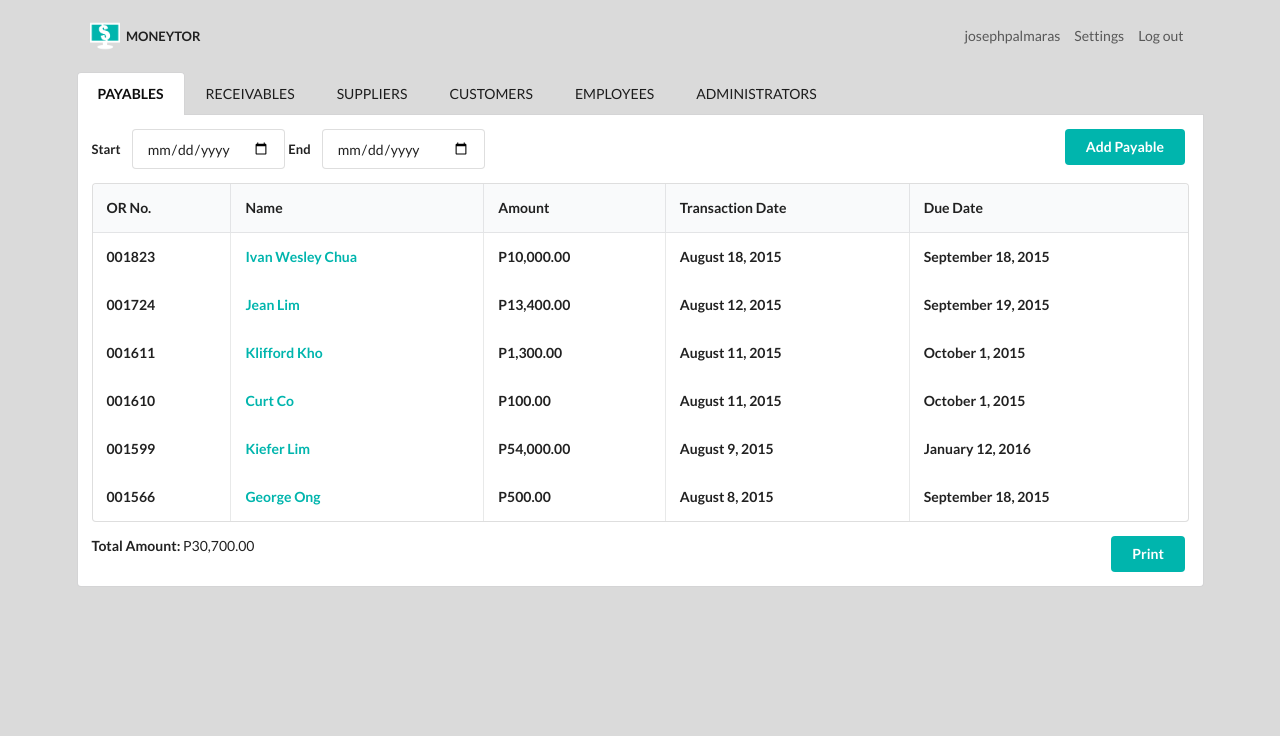
Repository: TV5/MoneyTor
Page: Workspace/MoneyTor/war/main.html
These files come from the project's save history. The page is drawn as it stood at one moment and after the next save; the edit follows.
The browser window is 1280 px wide. The pictures show the whole page.

Above is the page before, as saved 2015-08-18 16:25:29.

After the next save:
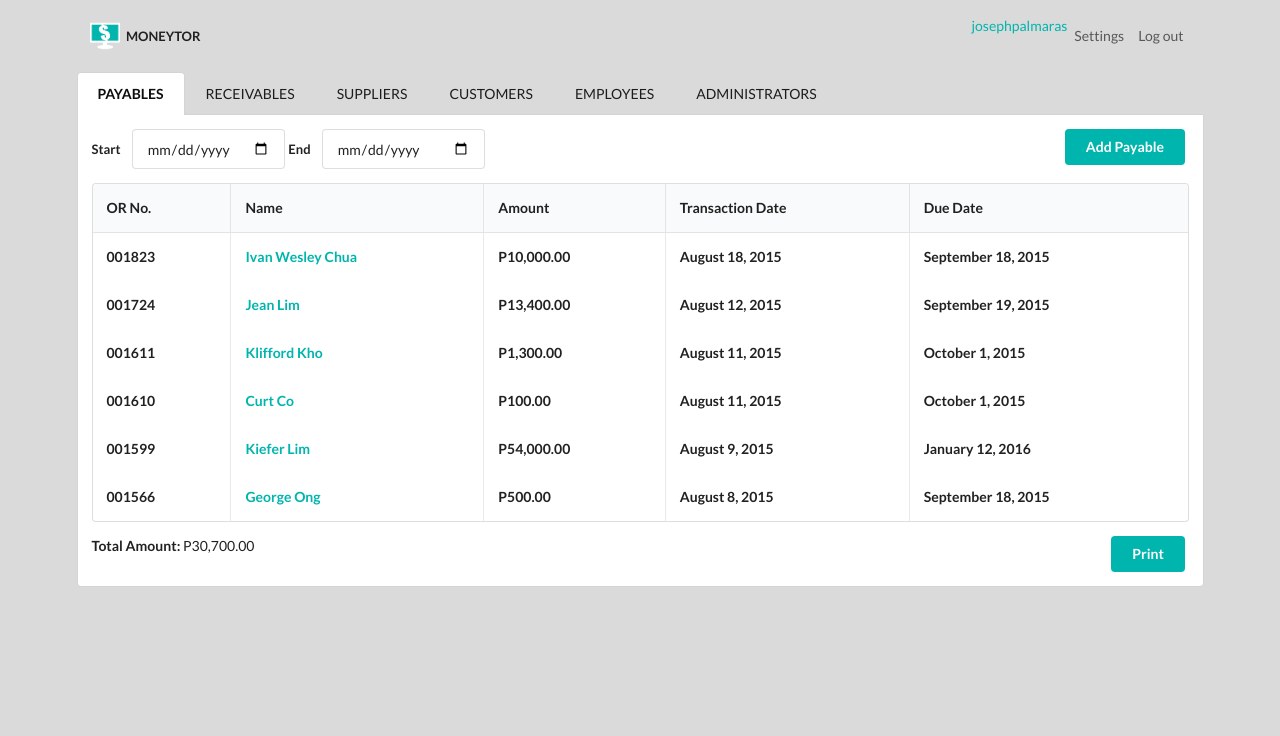
Saved 70 s later.
--- a/Workspace/MoneyTor/war/main.html
+++ b/Workspace/MoneyTor/war/main.html
@@ -71,7 +71,7 @@
 
 
 	  <div class="right menu">
-	   <a class="item">
+	   <a>
 	     josephpalmaras
 	   </a>
 	   <a id="settingsLink" class="item">

After the save that followed:
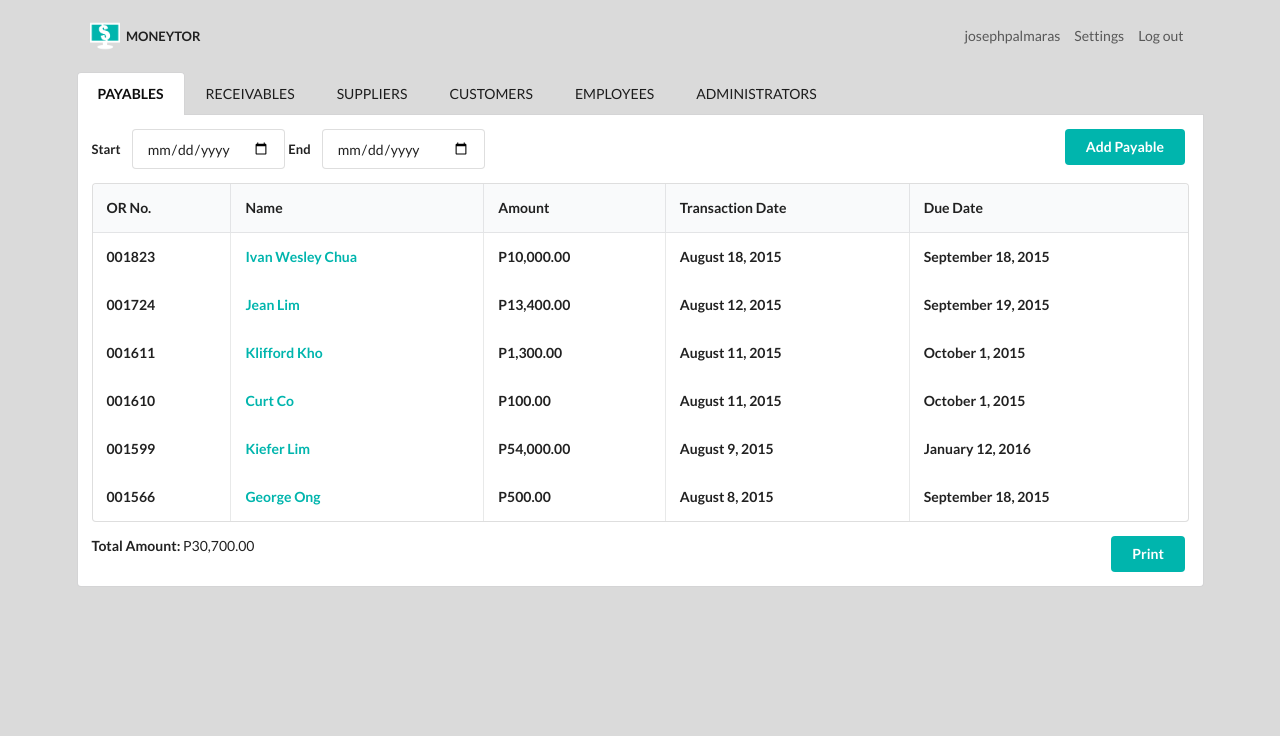
Saved 18 s later.
--- a/Workspace/MoneyTor/war/main.html
+++ b/Workspace/MoneyTor/war/main.html
@@ -71,7 +71,7 @@
 
 
 	  <div class="right menu">
-	   <a>
+	   <a class="item">
 	     josephpalmaras
 	   </a>
 	   <a id="settingsLink" class="item">
